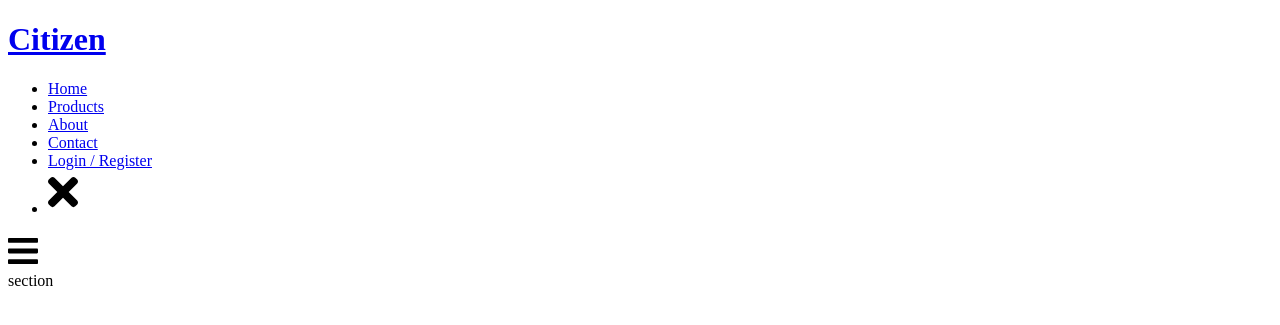
Repository: kiienle/shopping-cart
Page: /cart
These files come from the project's save history. The page is drawn as it stood at one moment and after the next save; the edit follows.
The browser window is 1280 px wide. The pictures show the whole page.
The project was rebuilt for these pictures with package versions that can differ from the ones it lists, and the page was loaded fresh each time. Also part of the build but not shown: src/index.css, src/App.css.

Above is the page before, as saved 2021-12-17 09:20:03.

### src/App.js
import React from 'react';
import Menu from './components/svg/bars-solid.svg'
import Close from './components/svg/times-solid.svg'

import './App.css';

function App() {
  return (
    <div className="App">
      <header>
        <div className="logo">
          <h1><a href="/">Citizen</a></h1>
        </div>
        <ul>
          <li><a href="/">Home</a></li>
          <li><a href="/">Products</a></li>
          <li><a href="/">About</a></li>
          <li><a href="/">Contact</a></li>
          <li><a href="/">Login / Register</a></li>
          <li>
            <img src={Close} alt="" width="30" />
          </li>
        </ul>
        <div className='menu'>
          <img src={Menu} width="30"/>
        </div>
      </header>

      section
    </div>
  );
}

export default App;

Loaded but not shown: public/index.html (common file); src/index.js (common file)

After the next save:
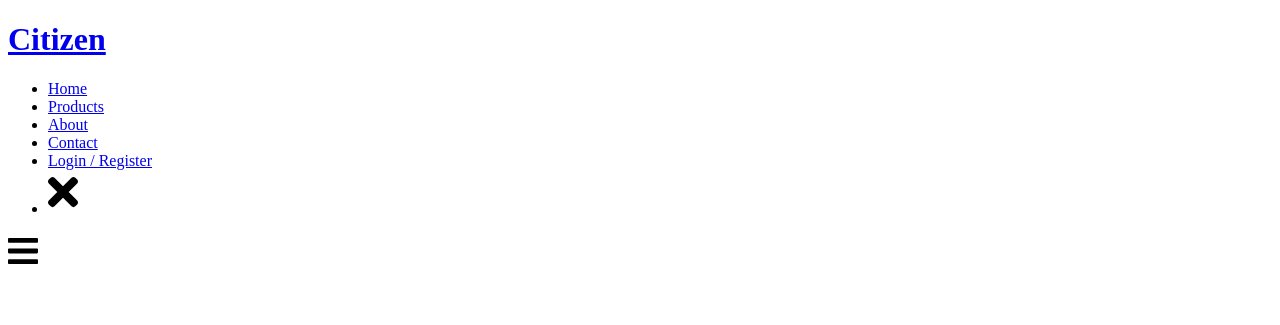
Saved 113 s later.
--- a/src/App.js
+++ b/src/App.js
@@ -18,7 +18,7 @@ function App() {
           <li><a href="/">Contact</a></li>
           <li><a href="/">Login / Register</a></li>
           <li>
-            <img src={Close} alt="" width="30" />
+            <img src={Close} alt="" width="30" className='menu' />
           </li>
         </ul>
         <div className='menu'>
@@ -26,7 +26,9 @@ function App() {
         </div>
       </header>
 
-      section
+      <section>
+
+      </section>
     </div>
   );
 }
